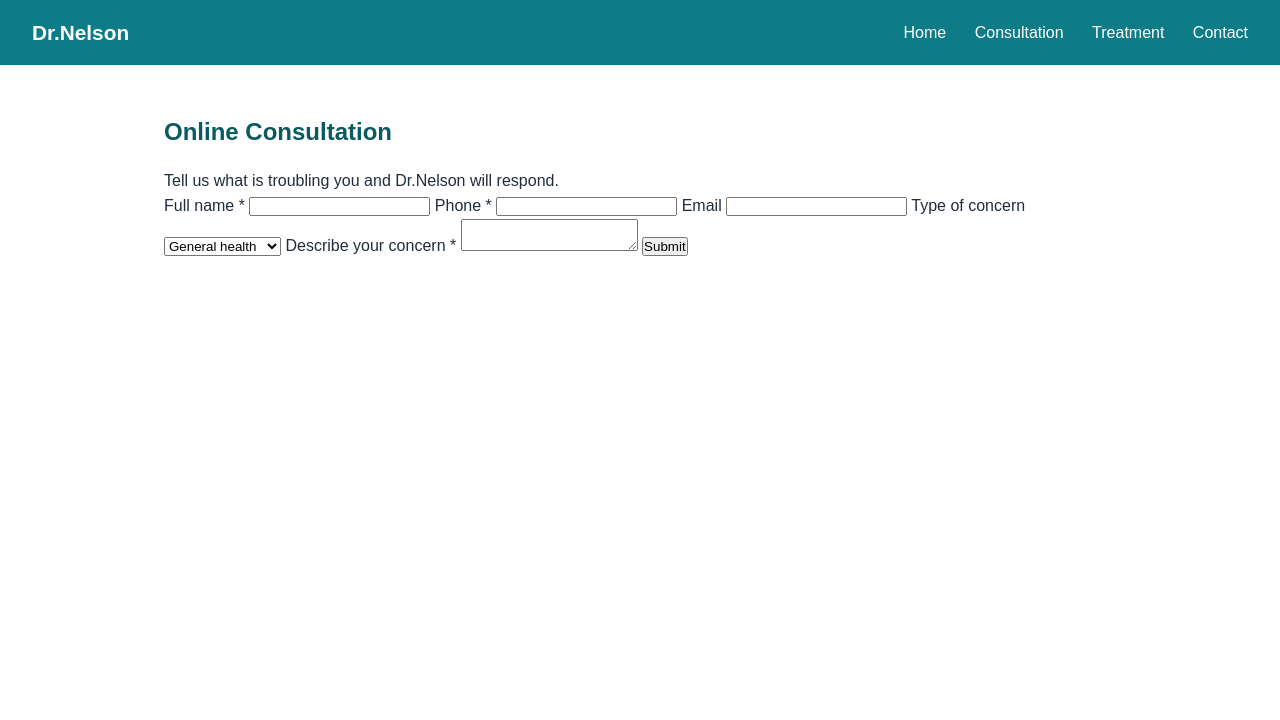
Repository: Nelson254-PNG/doctor_site
Page: public/consultation.html
An editor plug-in stored every save of this project. The page is shown before and after the next save, followed by the edit.
The browser window is 1280 px wide. The pictures show the whole page.

Above is the page before, as saved 2026-10-14 23:24:15.
Console error: TypeError: Cannot read properties of null (reading 'addEventListener')

### public/consultation.html
<!DOCTYPE html>
<html lang="en">
<head>
    <meta charset="UTF-8">
    <title>Dr. Nelson  - Home</title>
    <link rel="stylesheet" href="/css/style.css">
</head>
<body>
  <header>
   <div class="logo"> Dr.Nelson</div>
   <nav>
    <a href="/index.html">Home</a>
    <a href="/Consultation.html">Consultation</a>
    <a href="/treatment.html">Treatment</a>
    <a href="/contact.html">Contact</a>
    </nav>
  </header>
  <section>
    <h2>Online Consultation</h2>
    <p>Tell us what is troubling you and Dr.Nelson will respond.</p>

    <form id="consultaForm">
      <label>Full name *</label>
      <input type="text" name="name" required>

      <label>Phone *</label>
      <input type="tel" name="phone" required>

      <label>Email</label>
      <input type="email" name="email">

      <label>Type of concern</label>
      <select name="category">
        <option>General health</option>
        <option>Child health</option>
        <option>Women's health</option>
        <option>Other</option>
      </select>

      <label> Describe your concern *</label>
      <textarea name="message" required></textarea>

      <button type="submit">Submit</button>
      <p id="status"></p>
    </form>
  </section>

  <script>
    const form = document.getElementById("consultForm");
    const statusBox = document.getElementById("status");

    form.addEventListener("submit", async (e) => {
      e.preventDefault();                       // stop the page reloading
      statusBox.textContent = "Sending...";

      try {
        const res = await fetch("/api/consultation", {
          method: "POST",
          headers: { "Content-Type": "application/x-www-form-urlencoded" },
          body: new URLSearchParams(new FormData(form))
        });
        const data = await res.json();

        if (data.ok) {
          statusBox.textContent = "Thank you! Your request has been received.";
          form.reset();
        } else {
          statusBox.textContent = data.error;
        }
      } catch (err) {
        statusBox.textContent = "Could not reach the server. Please try again.";
      }
    });

  </script>

### public/css/style.css
:root {
  --primary: #0e7c86;
  --primary-dark: #095a61;
  --light: #f4fafb;
  --text: #1f2d3d;
}

* { box-sizing: border-box; margin: 0; padding: 0; }

body {
  font-family: Arial, Helvetica, sans-serif;
  color: var(--text);
  line-height: 1.6;
}

/* ---------- Navigation ---------- */
header {
  background: var(--primary);
  padding: 1rem 2rem;
  display: flex;
  justify-content: space-between;
  align-items: center;
}
header .logo { color: white; font-size: 1.3rem; font-weight: bold; }
nav a {
  color: white;
  text-decoration: none;
  margin-left: 1.5rem;
}
nav a:hover { text-decoration: underline; }

/* ---------- Hero ---------- */
.hero {
  background: var(--light);
  text-align: center;
  padding: 5rem 1.5rem;
}
.hero h1 { font-size: 2.4rem; color: var(--primary-dark); }
.hero p { max-width: 600px; margin: 1rem auto 2rem; }

.btn {
  display: inline-block;
  background: var(--primary);
  color: white;
  padding: 0.8rem 1.6rem;
  border-radius: 6px;
  text-decoration: none;
  margin: 0.3rem;
}
.btn:hover { background: var(--primary-dark); }

/* ---------- Sections ---------- */
section { padding: 3rem 1.5rem; max-width: 1000px; margin: auto; }
section h2 { color: var(--primary-dark); margin-bottom: 1rem; }

.cards {
  display: grid;
  grid-template-columns: repeat(auto-fit, minmax(240px, 1fr));
  gap: 1.5rem;
}
.card {
  border: 1px solid #dde7ea;
  border-radius: 8px;
  padding: 1.5rem;
}
.card h3 { color: var(--primary); margin-bottom: 0.5rem; }

footer {
  background: var(--primary-dark);
  color: white;
  text-align: center;
  padding: 1.5rem;
  margin-top: 2rem;
}

After the next save:
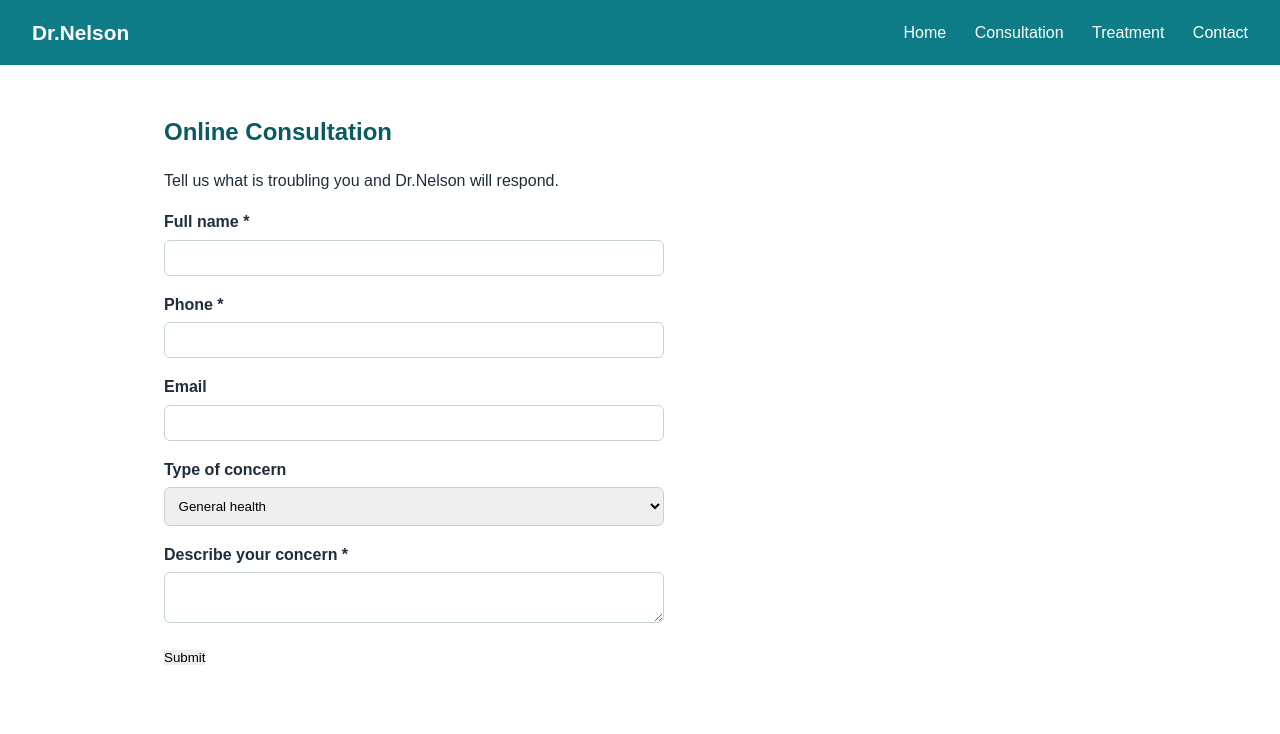
Saved 47 s later.
--- a/public/css/style.css
+++ b/public/css/style.css
@@ -72,3 +72,15 @@ footer {
   padding: 1.5rem;
   margin-top: 2rem;
 }
+form { max-width: 500px; }
+form label { display: block; margin-top: 1rem; font-weight: bold; }
+form input, form select, form textarea {
+  width: 100%;
+  padding: 0.6rem;
+  margin-top: 0.3rem;
+  border: 1px solid #c5d3d6;
+  border-radius: 6px;
+  font-family: inherit;
+}
+form button { margin-top: 1.2rem; border: none; cursor: pointer; }
+#status { margin-top: 1rem; font-weight: bold; color: var(--primary-dark); }
